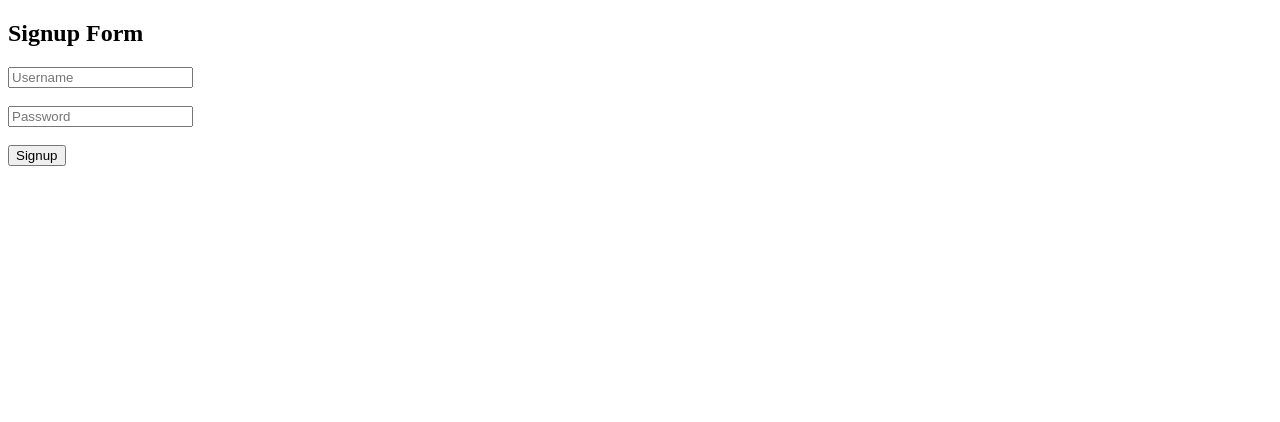
Repository: BanavasiPrakash/radminnetworkping
Page: src/main/resources/static/signup.html
The author's editor kept a copy of each file at every save. The page is drawn from the files as they stood at one save, then again after the next save.
The browser window is 1280 px wide. The pictures show the whole page.

Above is the page before, as saved 2025-08-20 12:16:43.

After the next save:
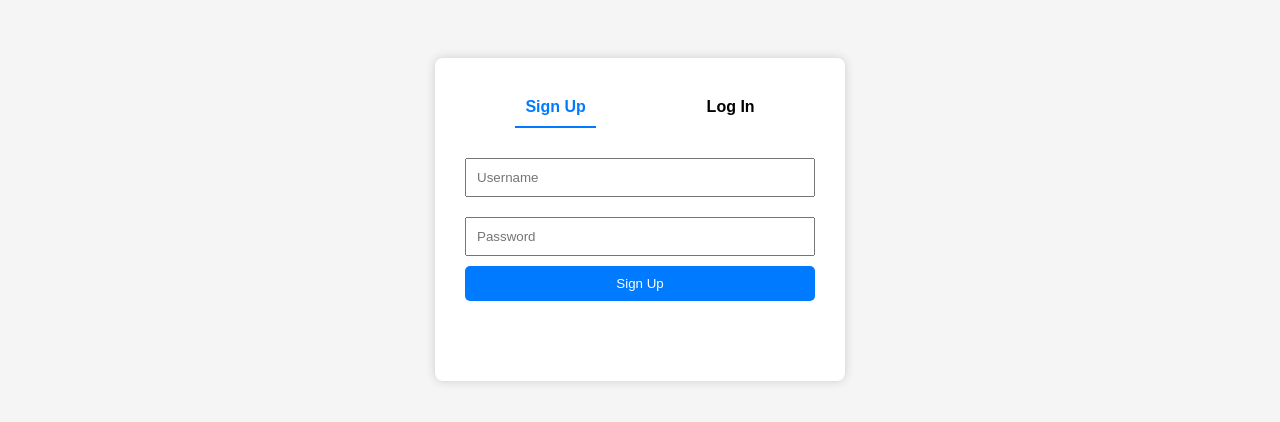
Saved 37 min 4 s later.
--- a/src/main/resources/static/signup.html
+++ b/src/main/resources/static/signup.html
@@ -1,15 +1,115 @@
-
 <!DOCTYPE html>
 <html>
 <head>
-  <title>Signup</title>
+  <title>Signup & Login</title>
+  <style>
+    body { font-family: Arial, sans-serif; background: #f5f5f5; display: flex; justify-content: center; padding-top: 50px; }
+    .container { background: white; padding: 30px; box-shadow: 0 0 10px #ccc; width: 350px; border-radius: 8px; }
+    h2 { text-align: center; margin-bottom: 20px; }
+    form { display: none; }
+    form.active { display: block; }
+    input { width: 100%; padding: 10px; margin: 10px 0; box-sizing: border-box; }
+    button { width: 100%; padding: 10px; background: #007bff; color: white; border: none; border-radius: 5px; cursor: pointer; }
+    button:hover { background: #0056b3; }
+    .tabs { display: flex; justify-content: space-around; margin-bottom: 20px; }
+    .tab { cursor: pointer; padding: 10px; border-bottom: 2px solid transparent; font-weight: bold; }
+    .tab.active { border-color: #007bff; color: #007bff; }
+    .message { margin: 15px 0; padding: 10px; border-radius: 5px; }
+    .success { background-color: #d4edda; color: #155724; }
+    .error { background-color: #f8d7da; color: #721c24; }
+  </style>
 </head>
 <body>
-  <h2>Signup Form</h2>
-  <form action="http://localhost:8080/api/auth/signup" method="post">
-    <input type="text" name="username" placeholder="Username" required/> <br><br>
-    <input type="password" name="password" placeholder="Password" required/> <br><br>
-    <button type="submit">Signup</button>
-  </form>
+  <div class="container">
+    <div class="tabs">
+      <div id="signup-tab" class="tab active" onclick="switchTab('signup')">Sign Up</div>
+      <div id="login-tab" class="tab" onclick="switchTab('login')">Log In</div>
+    </div>
+
+    <form id="signup-form" class="active" onsubmit="submitSignup(event)">
+      <input type="text" id="signup-username" placeholder="Username" required>
+      <input type="password" id="signup-password" placeholder="Password" required>
+      <button type="submit">Sign Up</button>
+      <div id="signup-message" class="message"></div>
+    </form>
+
+    <form id="login-form" onsubmit="submitLogin(event)">
+      <input type="text" id="login-username" placeholder="Username" required>
+      <input type="password" id="login-password" placeholder="Password" required>
+      <button type="submit">Log In</button>
+      <div id="login-message" class="message"></div>
+    </form>
+  </div>
+
+  <script>
+    function switchTab(tab) {
+      document.getElementById('signup-form').classList.toggle('active', tab === 'signup');
+      document.getElementById('login-form').classList.toggle('active', tab === 'login');
+      document.getElementById('signup-tab').classList.toggle('active', tab === 'signup');
+      document.getElementById('login-tab').classList.toggle('active', tab === 'login');
+
+      // Clear messages
+      document.getElementById('signup-message').textContent = '';
+      document.getElementById('login-message').textContent = '';
+    }
+
+    async function submitSignup(event) {
+      event.preventDefault();
+      const username = document.getElementById('signup-username').value.trim();
+      const password = document.getElementById('signup-password').value.trim();
+      const msg = document.getElementById('signup-message');
+      msg.textContent = '';
+      msg.className = 'message';
+
+      try {
+        const res = await fetch('http://localhost:8080/api/auth/signup', {
+          method: 'POST',
+          headers: {'Content-Type': 'application/x-www-form-urlencoded'},
+          body: new URLSearchParams({username, password})
+        });
+        const text = await res.text();
+        if (res.ok) {
+          msg.textContent = 'Signup successful! Please log in.';
+          msg.classList.add('success');
+          switchTab('login');
+        } else {
+          msg.textContent = text || 'Signup failed.';
+          msg.classList.add('error');
+        }
+      } catch (error) {
+        msg.textContent = 'Error: ' + error.message;
+        msg.classList.add('error');
+      }
+    }
+
+    async function submitLogin(event) {
+      event.preventDefault();
+      const username = document.getElementById('login-username').value.trim();
+      const password = document.getElementById('login-password').value.trim();
+      const msg = document.getElementById('login-message');
+      msg.textContent = '';
+      msg.className = 'message';
+
+      try {
+        const res = await fetch('http://localhost:8080/api/auth/login', {
+          method: 'POST',
+          headers: {'Content-Type': 'application/x-www-form-urlencoded'},
+          body: new URLSearchParams({username, password})
+        });
+        const text = await res.text();
+        if (res.ok) {
+          msg.textContent = 'Login successful! You can now access protected pages.';
+          msg.classList.add('success');
+          // Optionally redirect or store token here
+        } else {
+          msg.textContent = text || 'Login failed.';
+          msg.classList.add('error');
+        }
+      } catch (error) {
+        msg.textContent = 'Error: ' + error.message;
+        msg.classList.add('error');
+      }
+    }
+  </script>
 </body>
 </html>

After the save that followed:
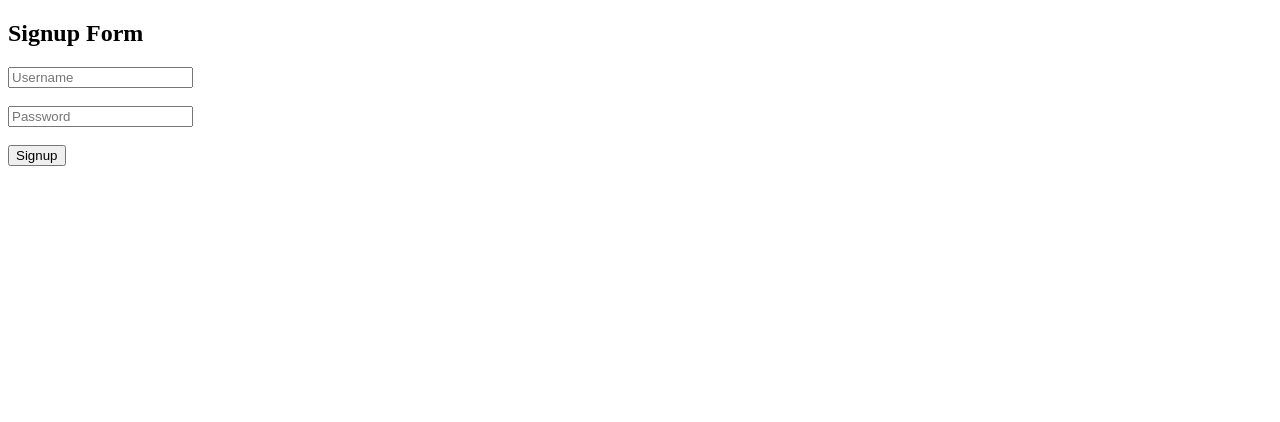
Saved 26 s later.
--- a/src/main/resources/static/signup.html
+++ b/src/main/resources/static/signup.html
@@ -1,115 +1,15 @@
+
 <!DOCTYPE html>
 <html>
 <head>
-  <title>Signup & Login</title>
-  <style>
-    body { font-family: Arial, sans-serif; background: #f5f5f5; display: flex; justify-content: center; padding-top: 50px; }
-    .container { background: white; padding: 30px; box-shadow: 0 0 10px #ccc; width: 350px; border-radius: 8px; }
-    h2 { text-align: center; margin-bottom: 20px; }
-    form { display: none; }
-    form.active { display: block; }
-    input { width: 100%; padding: 10px; margin: 10px 0; box-sizing: border-box; }
-    button { width: 100%; padding: 10px; background: #007bff; color: white; border: none; border-radius: 5px; cursor: pointer; }
-    button:hover { background: #0056b3; }
-    .tabs { display: flex; justify-content: space-around; margin-bottom: 20px; }
-    .tab { cursor: pointer; padding: 10px; border-bottom: 2px solid transparent; font-weight: bold; }
-    .tab.active { border-color: #007bff; color: #007bff; }
-    .message { margin: 15px 0; padding: 10px; border-radius: 5px; }
-    .success { background-color: #d4edda; color: #155724; }
-    .error { background-color: #f8d7da; color: #721c24; }
-  </style>
+  <title>Signup</title>
 </head>
 <body>
-  <div class="container">
-    <div class="tabs">
-      <div id="signup-tab" class="tab active" onclick="switchTab('signup')">Sign Up</div>
-      <div id="login-tab" class="tab" onclick="switchTab('login')">Log In</div>
-    </div>
-
-    <form id="signup-form" class="active" onsubmit="submitSignup(event)">
-      <input type="text" id="signup-username" placeholder="Username" required>
-      <input type="password" id="signup-password" placeholder="Password" required>
-      <button type="submit">Sign Up</button>
-      <div id="signup-message" class="message"></div>
-    </form>
-
-    <form id="login-form" onsubmit="submitLogin(event)">
-      <input type="text" id="login-username" placeholder="Username" required>
-      <input type="password" id="login-password" placeholder="Password" required>
-      <button type="submit">Log In</button>
-      <div id="login-message" class="message"></div>
-    </form>
-  </div>
-
-  <script>
-    function switchTab(tab) {
-      document.getElementById('signup-form').classList.toggle('active', tab === 'signup');
-      document.getElementById('login-form').classList.toggle('active', tab === 'login');
-      document.getElementById('signup-tab').classList.toggle('active', tab === 'signup');
-      document.getElementById('login-tab').classList.toggle('active', tab === 'login');
-
-      // Clear messages
-      document.getElementById('signup-message').textContent = '';
-      document.getElementById('login-message').textContent = '';
-    }
-
-    async function submitSignup(event) {
-      event.preventDefault();
-      const username = document.getElementById('signup-username').value.trim();
-      const password = document.getElementById('signup-password').value.trim();
-      const msg = document.getElementById('signup-message');
-      msg.textContent = '';
-      msg.className = 'message';
-
-      try {
-        const res = await fetch('http://localhost:8080/api/auth/signup', {
-          method: 'POST',
-          headers: {'Content-Type': 'application/x-www-form-urlencoded'},
-          body: new URLSearchParams({username, password})
-        });
-        const text = await res.text();
-        if (res.ok) {
-          msg.textContent = 'Signup successful! Please log in.';
-          msg.classList.add('success');
-          switchTab('login');
-        } else {
-          msg.textContent = text || 'Signup failed.';
-          msg.classList.add('error');
-        }
-      } catch (error) {
-        msg.textContent = 'Error: ' + error.message;
-        msg.classList.add('error');
-      }
-    }
-
-    async function submitLogin(event) {
-      event.preventDefault();
-      const username = document.getElementById('login-username').value.trim();
-      const password = document.getElementById('login-password').value.trim();
-      const msg = document.getElementById('login-message');
-      msg.textContent = '';
-      msg.className = 'message';
-
-      try {
-        const res = await fetch('http://localhost:8080/api/auth/login', {
-          method: 'POST',
-          headers: {'Content-Type': 'application/x-www-form-urlencoded'},
-          body: new URLSearchParams({username, password})
-        });
-        const text = await res.text();
-        if (res.ok) {
-          msg.textContent = 'Login successful! You can now access protected pages.';
-          msg.classList.add('success');
-          // Optionally redirect or store token here
-        } else {
-          msg.textContent = text || 'Login failed.';
-          msg.classList.add('error');
-        }
-      } catch (error) {
-        msg.textContent = 'Error: ' + error.message;
-        msg.classList.add('error');
-      }
-    }
-  </script>
+  <h2>Signup Form</h2>
+  <form action="http://localhost:8080/api/auth/signup" method="post">
+    <input type="text" name="username" placeholder="Username" required/> <br><br>
+    <input type="password" name="password" placeholder="Password" required/> <br><br>
+    <button type="submit">Signup</button>
+  </form>
 </body>
 </html>
